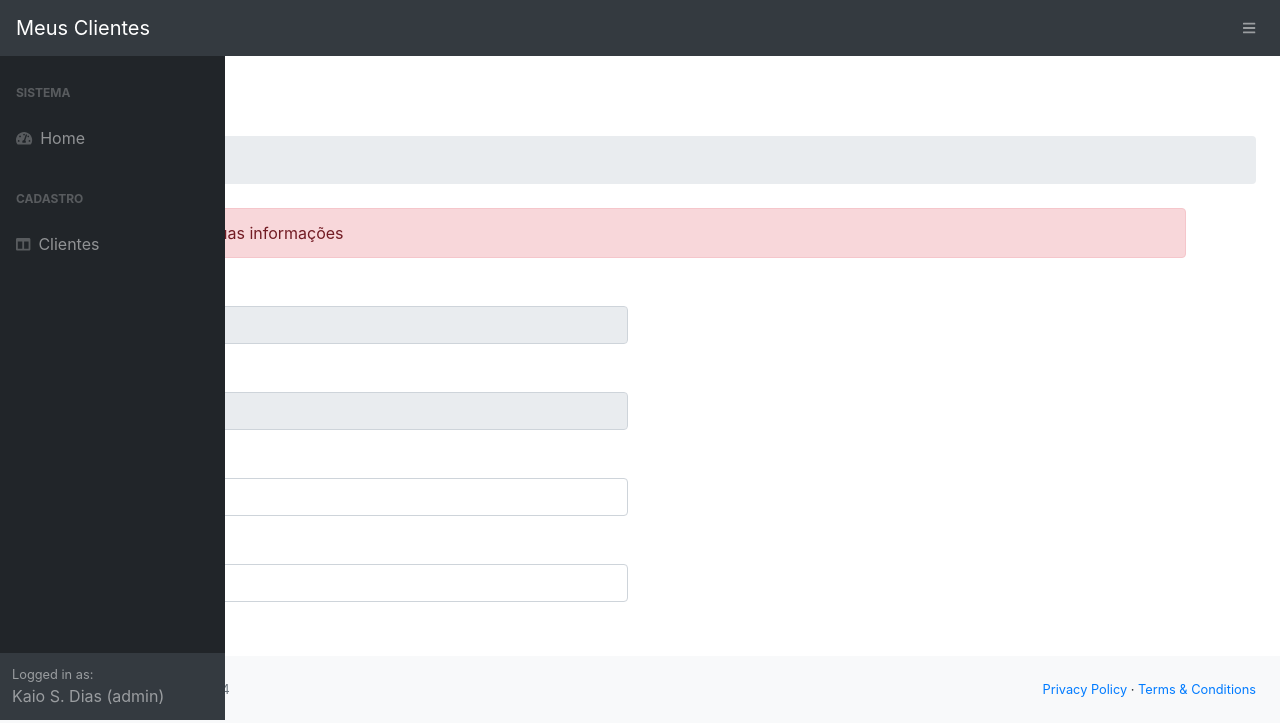
Repository: Kaio-Dias/Angular-Springboot
Page: /users-form (app in Frontend/clients-app/)
An editor plug-in stored every save of this project. The page is shown before and after the next save, followed by the edit.
The browser window is 1280 px wide. The pictures show the whole page.
Some web libraries are served in a nearby version. The project was rebuilt for these pictures with package versions that can differ from the ones it lists, and the page was loaded fresh each time. Also part of the build but not shown: Frontend/clients-app/angular.json, Frontend/clients-app/src/app/home/home.component.ts, Frontend/clients-app/src/app/users/users-list/users-list.component.ts.

Above is the page before, as saved 2024-07-09 12:08:27.

After the next save:
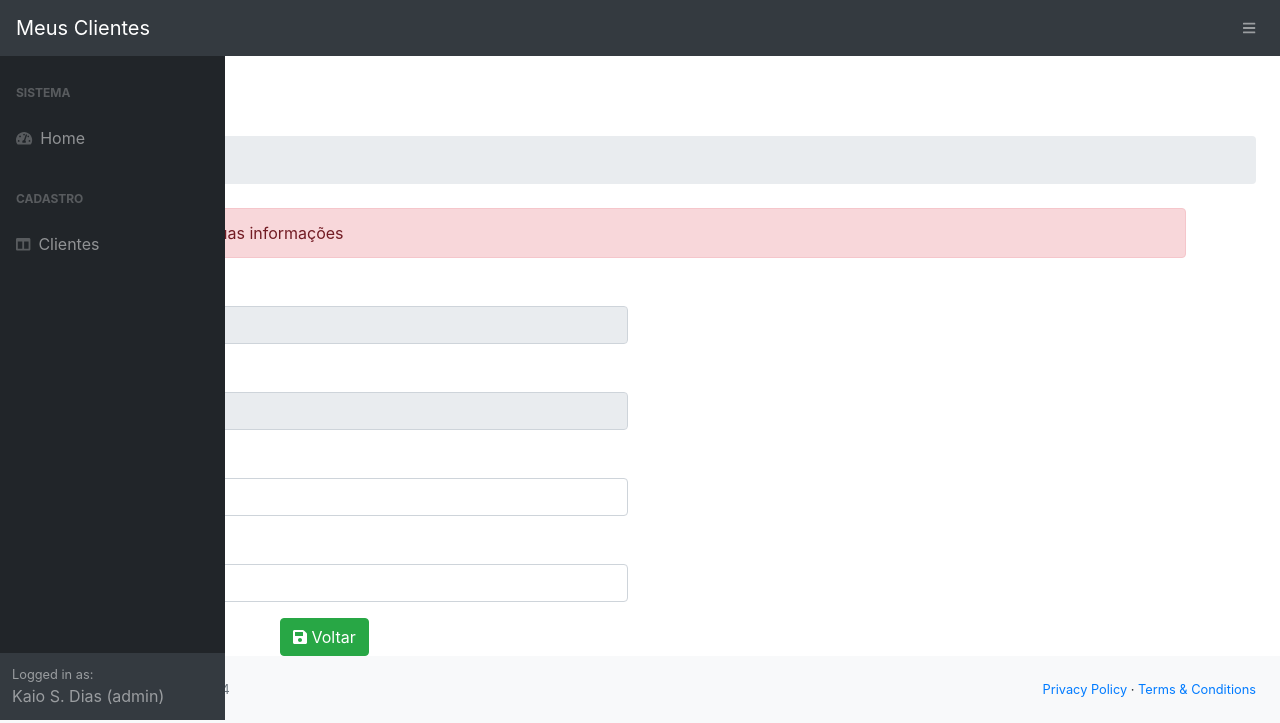
Saved 90 s later.
--- a/Frontend/clients-app/src/app/users/users-form/users-form.component.html
+++ b/Frontend/clients-app/src/app/users/users-form/users-form.component.html
@@ -57,6 +57,11 @@
                     <i class="fa fa-save" ></i> Salvar
                 </button>
             </div>
+            <div class="col-md-2">
+                <button type="submit" class="btn btn-success">
+                    <i class="fa fa-save" ></i> Voltar
+                </button>
+            </div>
         </div>
     </form>
 </div>
